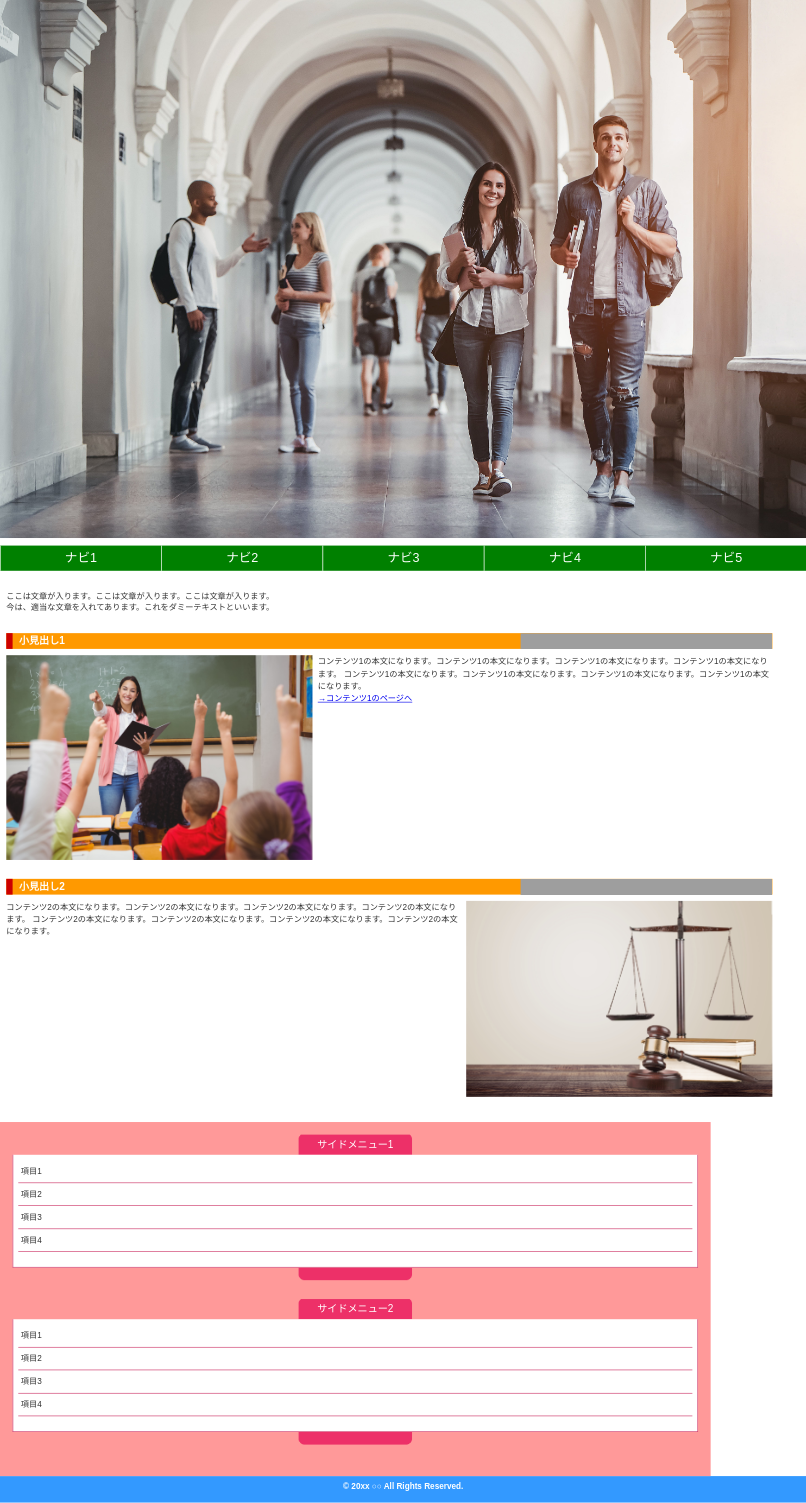
Repository: Tyarinnko/samurai_HTML-CSS
Page: index.html
The author's editor kept a record of every edit. The page is drawn from the files as they stood at one moment, then again after the next edit.
The browser window is 1280 px wide. The pictures show the whole page, at 63% of full size.
Pictures or frames that could not be fetched are drawn as grey boxes.

Above is the page before.

After the next edit:
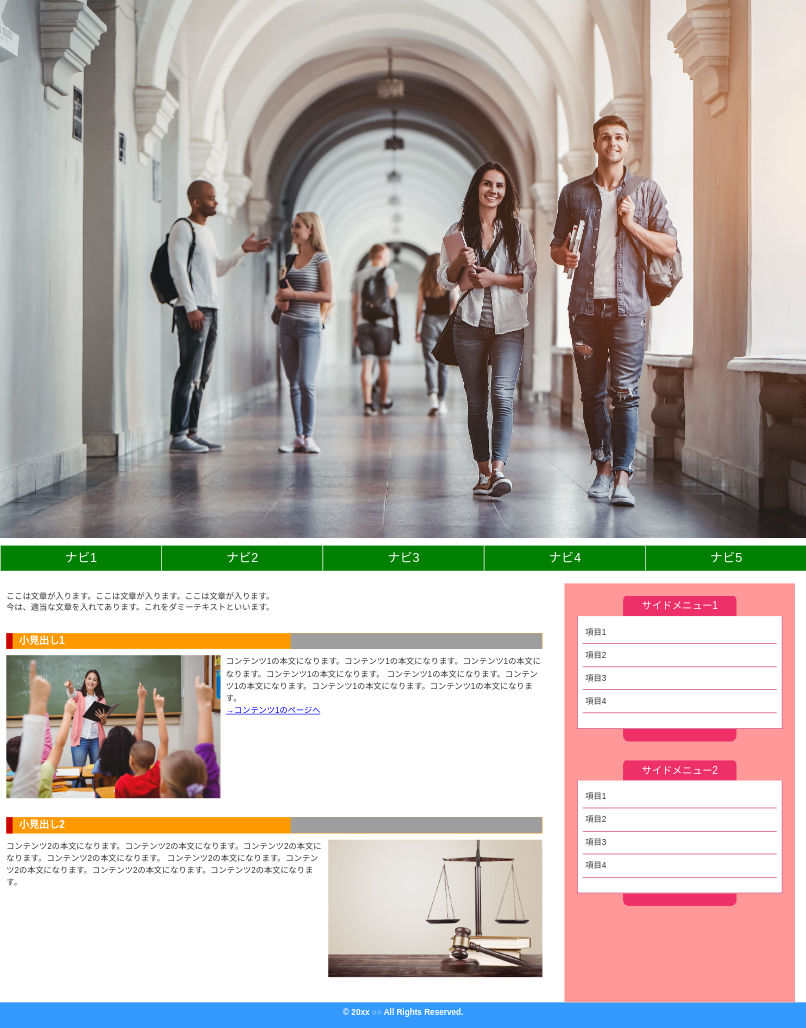
The edit:
--- a/stylesheet.css
+++ b/stylesheet.css
@@ -83,7 +83,7 @@
 	padding-top: 20px;
 	clear: both;
 	display: grid;
-	grid-template-colums; 70vw 30vw;
+	grid-template-columns: 70vw 30vw;
 }
 /* -------------------- main -------------------- */
 #main {
